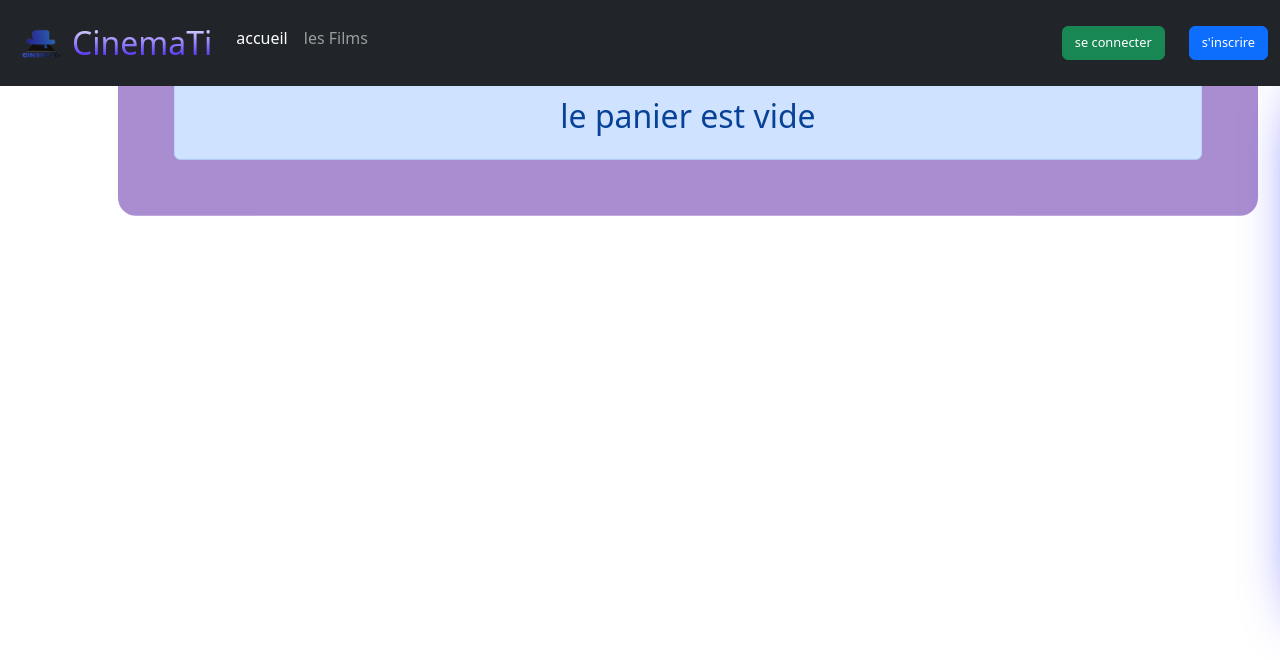
Repository: ahmed-rabah/cinemaMiniProject
Page: http://localhost/finaliserCommande.php
These files come from the project's save history. The page is drawn as it stood at one moment and after the next save; the edit follows.
The browser window is 1280 px wide. The pictures show the whole page.
The page is run by PHP 8.4 with error messages shown; the project is at /var/www/html/. Other server files are loaded and not shown.

Above is the page before, as saved 2023-01-12 21:07:20.
Console error: TypeError: Cannot read properties of null (reading 'addEventListener')

### finaliserCommande.php
<?php
 session_start();
 $isEmptyCart = empty($_SESSION['panier']);
?>
<!DOCTYPE html>
<html lang="en">
<head>
    <meta charset="UTF-8">
    <meta http-equiv="X-UA-Compatible" content="IE=edge">
    <meta name="viewport" content="width=device-width, initial-scale=1.0">
    <link rel="stylesheet" href="node_modules/bootstrap/dist/css/bootstrap.min.css">
    <link rel="stylesheet" href="./css/style.css">
    <link rel="stylesheet" href="https://unicons.iconscout.com/release/v4.0.0/css/line.css">
    <link rel="icon" href="./logoCinema.png">
    <title>CinemaTi</title>
</head>
<body>

        <?php include './header.php'; ?>

    <main class="container centered" id="container">
        <?php if(!$isEmptyCart){ ?>
        <section class="" id="cartContainer"></section>
        <div class="alert alert-primary m-2 text-center" role="alert">
            <h2>prix total <span class="badge bg-success" id="totalPrice">200</span> DH</h2>
        </div>
        <form action="./functions/finaliserCommande.php" method="post" class=" rounded bg-light mt-1 mx-2 py-2 px-5">
            <h3 class="pb-0 mb-0">finaliser la commande</h3>
            <div class="d-flex justify-content-around align-items-center mb-3 ">

                <div class="form-group">
                    <label for="cardNumber" class="form-label mt-4">numero de carte bancaire</label>
                    <input type="text" class="form-control" id="cardNumber" aria-describedby="numberMsg" placeholder="Enter numero de carte bancaire">
                </div>
                <div class="form-group">
                    <label for="cardType" class="form-label mt-4">Example select</label>
                    <select class="form-select" id="cardType">
                        <?php
                        $cardTypes = ['Visa','Mastercard','American Express','Discover','Diners Club','JCB','UnionPay','Maestro'];
                        foreach ($cardTypes as $cardType) {
                           echo '<option value="'.$cardType.'">'.$cardType.'</option>';
                        }
                        ?>
                    </select>
                </div>
                <div class="form-group pt-5"><button type="submit" class="btn btn-success text-white"><strong>acheter</strong></button></div>
            </div>
        </form>
    <?php }else{
        echo '<div class="alert alert-primary m-2 text-center" role="alert">
        <h2>le panier est vide</h2>
    </div>';
    } ?>
    </main>

    <div class="absoluteCart m-2 p-1"></div>

    <script src="node_modules/jquery/dist/jquery.slim.min.js"></script>
    <script src="node_modules/bootstrap/dist/js/bootstrap.bundle.min.js"></script>
    <script src="./javascript/panie.js"></script>
</body>
</html>

### header.php
<?php
    require_once './functions/database.php';

    function getAllgenres($pdo){
      $req = $pdo->query('SELECT * from genre');
      $rows = $req->fetchAll(PDO::FETCH_ASSOC);
      foreach ($rows as $row) {
        $genres[] = $row ;
      }

      return $genres;
    }
?>
<header  class=" sticky-top">

  <nav class="navbar navbar-expand-lg navbar-dark bg-dark">

    <div class="container-fluid">
      <a class="navbar-brand d-flex cine-name" href="./index.php">
        <img src="./logoCinema.png" width="60" height="60" class="d-inline-block align-top rounded-circle" alt="">
        <h2 class="mt-2 gradiant-bg">CinemaTi</h2>
      </a>
      <button class="navbar-toggler" type="button" data-bs-toggle="collapse" data-bs-target="#navbarColor01" aria-controls="navbarColor01" aria-expanded="false" aria-label="Toggle navigation">
        <span class="navbar-toggler-icon"></span>
      </button>
      <div class="collapse navbar-collapse justify-content-between" id="navbarColor01">
        <ul class="navbar-nav">
          <li class="nav-item">
            <a class="nav-link active" href="./index.php" id="accueil"><h6>accueil</h6>
            <span class="visually-hidden">(current)</span>
          </a>
        </li>
        <li class="nav-item">
          <a class="nav-link" href="./movies.php"  id="movies"><h6>les Films</h6></a>
        </li>
        <!--     <li class="nav-item">
          <a class="nav-link" href="./movies.php" ><h6>les salles de projection</h6></a>
        </li>
        <li class="nav-item">
          <a class="nav-link" href="./contact.php"><h6>Contact</h6></a>
        </li> -->
      </ul>
      <?php
      if(!isset($_SESSION['user_id'])){
        ?>

<ul class="nav navbar" id="non-connected">
  <li><a href="./signIn.php" class="btn btn-success me-2 font-size">se connecter</a></li>
  <li><a href="./signup.php" class="btn btn-primary ms-3 font-size">s'inscrire</a></li>
</ul>
<?php }
if(isset($_SESSION['user_id'])){ ?>
    <ul class="nav navbar" id="connected">
      <li><button class="btn btn-light me-2" id="panier"><span class="font-size"><i class="uil uil-shopping-cart-alt ">panier d'achat</i></span></button></li>
      <li><a href="./dashboard.php" class="btn btn-primary ms-3 "><span class="font-size"><i class="uil uil-user-circle"></i>votre compte</span></a></li>
      <li><a href="./logout.php" class="btn btn-danger ms-3 "><span class="font-size"><i class="uil uil-signout"></i>deconnexion</span></a></li>
    </ul>
    <?php } ?>
  </div>
</div>
</nav>
</header>

### functions/database.php
<?php
try {
    $database="moviedb";
    $user="root";
    $password="";
    $pdo = new PDO("mysql:host=localhost;dbname=$database",$user,$password);
    // echo "Success: Connected to the database.";
  } catch(PDOException $e) {
    die("Error: Could not connect to the database.");
  }

### functions/panier.php
<?php


if($_SERVER['REQUEST_METHOD'] == 'GET'){
    session_start();
    if(isset($_SESSION['user_id']) && !empty( $_SESSION['panier'])){
        $panier = $_SESSION['panier'];
        if(isset($_GET['total']) && $_GET['total']=="oui"){
            $totalPrice=0;
            foreach ($panier as  $value) {
               $totalPrice+=$value['prix'];
            }
            exit($totalPrice);
        }
        require_once './database.php';
        $productsInfos=[];
        foreach ($panier as $product) {
            $idprogramme = $product['idProgramme'];
            $req = "SELECT  p.idProgramme ,g.libelle,f.titre,p.date_projection,f.photo , p.heure_debut, p.ticketsDisponible, p.prix_unitaire FROM programme as p, film as f , genre as g WHERE p.idFilm= f.idFilm AND p.idProgramme =$idprogramme AND g.idGenre = f.idGenre";
            $requete = $pdo->query($req);
            $resultat = $requete->fetch(PDO::FETCH_ASSOC);
            array_push($product,$resultat);
            if(isset($_GET['item']) && $_GET['item'] ==$idprogramme ){
                exit(json_encode($product));
            }
            array_push($productsInfos,$product);
        }
        if(isset($_GET['item'])){
            exit(json_encode(false));
        }
        exit(json_encode($productsInfos));


        // require_once './database.php';
        // $idUser = $_GET['idUser'];
        // $req = "SELECT pro.id_produit ,pro.nombre_places , pro.prix , p.date_projection ,p.heure_debut , p.prix_unitaire , g.libelle , f.titre,f.photo FROM produit as pro, programme as p , film as f ,genre as g WHERE pro.id_user=$idUser AND p.idFilm=f.idFilm AND pro.id_programme=p.idProgramme AND g.idGenre =f.idGenre";
        // $query = $pdo->query($req);
        // $resultat = $query->fetchAll(PDO::FETCH_ASSOC);
    }else{
        exit(json_encode(false));
    }
}

### css/style.css

::-webkit-scrollbar{
    width : 1rem;
}
::-webkit-scrollbar-track{
    background-color: black;
}
::-webkit-scrollbar-thumb{
    background-color: #2d00f7a1;
    border-radius: 100vw;
}
::-webkit-scrollbar-thumb:hover{
    background-color:white;
}

html{
    scroll-behavior: smooth;
}


.centered{
    position: absolute;
    top: 10%;
    left: 50%;
    transform: translate(-50%, -50%);

}
/* .centered-2{
    position: absolute;
    margin-top: 20em;
    top: 50%;
    left: 50%;
    transform: translate(-50%, -50%);
} */
.logo-picture{
    width: 100px; height :100px;
}
/*
.cine-name{
    background-image : linear-gradient(to top,#89f90a 20% , #02fa54 100%) ;
    border-radius : 10px;
    padding-right: 4px;
} */
.font-size{
    font-size: 0.8em;
}
/* .account{
    font-size: 1.2em
} */
.gradiant-bg{
    background-color: #5577ff;
    background-image : linear-gradient(to top,#2d00f7 0% , #ffffff 100%) ;
    background-clip: text;
    -webkit-background-clip: text;
    -moz-background-clip: text;
    -webkit-text-fill-color: transparent;
    -moz-text-fill-color: transparent;
    background-size: 100%;
    display : flex  ;
    align-items: center ;
    cursor : pointer ;
    text-decoration: none;
}

.grid{
    display: grid;
    grid-template-columns:auto auto auto ;
}

.absolute-alert{
    background-color: rgba(255,255,255,0.5);
    width: 100vw;
    height: 100vh;
    position: fixed ;
    top: 0;
    left: 0;
    z-index: 100 ;
    text-align :center;
    display :grid ;
    place-items: center ;

}
.absoluteCart{
    position: fixed;
    top: 6em;
    right: 0;
    width: 400px;
    height: 70%;
    background: #3d5f89;
    border-radius: 12px;
    box-shadow: 0 0 4em blue;
    display: grid;
    grid-template-columns: auto;
    justify-content: center;
    transition: all 0.3s linear ;
    transform: translate(110%);
    overflow-y: auto;
    }
    .show-cart {
    transform: translate(0);
    }
    .finaliserBtn{
        position: sticky;
        top: 0;
        z-index: 100;
        margin-bottom: 1em;
        height: 50px;
    }
    .inner-grid{
        display: grid ;
    grid-template-columns:30% 70% ;
    border-bottom:  1px solid black ;
    margin: 0.4em 0;
    }
    .grid{
        display: grid ;
    grid-template-columns:30% 70% ;
    }
    @media screen and (max-width:1048px) {
        .grid{
        display: grid ;
    grid-template-columns:20% 80% ;
    }
}

#cartContainer{
    display : grid;
    grid-template-columns: 1fr 1fr;
    gap: 1em;
}
.container{
    margin: 3em;
    padding: 3em;
    background-color : #46089875 ;
    border-radius: 18px;

}
@media screen and (max-width:700px) {
    #cartContainer{
    grid-template-columns:auto ;
    }

}

### javascript/panie.js
let panierBtn = document.getElementById('panier');
let deleteProductBtn = document.getElementById('deleteproduct');
let updateProductBtn = document.getElementById('updateproduct');
let addProductBtn =  document.getElementById('addProduct');
let cartContainer = document.getElementById('cartContainer');

// window.addEventListener('DOMContentLoaded',()=>{
//     getUserPanier("container").then(data=>{
//             cartContainer.innerHTML = data;
//         })
// })
window.addEventListener('load',()=>{
    setTotalPrice()
})
function addProduct(id){
    addProduit(id).then(response=>{
        let added = response.added;
        let reponse = response.response;
        let connected = response.connected;
       let msg="";
        if(!connected) {
            reponse+='<strong><a href="./signin.php">Se connecter</a></strong>';
        }
        if(!added){
            msg=`<div class="alert alert-warning alert-dismissible fade show" role="alert" id="myAlert">
            ${reponse}
            <button type="button" class="btn-close" data-bs-dismiss="alert" aria-label="Close"></button>
          </div>`;
        }else{
            msg=`<div class="alert alert-success alert-dismissible fade show" role="alert" id="myAlert">
            ${reponse}
            <button type="button" class="btn-close" data-bs-dismiss="alert" aria-label="Close"></button>
          </div>`;
        }
        let body = document.querySelector('body');
        body.insertAdjacentHTML('beforeend',`<div class="absolute-alert">${msg}</div>`);
        let theAlert = document.querySelector('.absolute-alert');
        theAlert.addEventListener('click',function(e){
            if(e.target.classList.contains('absolute-alert')){
            theAlert.outerHTML="";
        }})
        let myAlert = document.getElementById('myAlert')
            myAlert.addEventListener('close.bs.alert', () => {
                theAlert.outerHTML="";
            })

        // setTimeout(() => {theAlert.outerHTML="";},10000);
    })

    // console.log(id);
}
panierBtn.addEventListener('click', () => {
    userCart()
    let cart = document.querySelector('.absoluteCart');
    cart.classList.toggle('show-cart');
})

async function deleteproductFromCart(product){
    let request = await fetch("./functions/deleteUserProduct.php?idProgramme="+product);
    let response = await request.json();
    let deleted = response.deleted;
    let reponse = response.response;
    let connected = response.connected;
    let msg="";
    let cartItem = document.getElementById('cart'+product);
    if(!connected) {
        reponse+='<strong><a href="./signin.php">Se connecter</a></strong>';
    }
    if(!deleted){
        msg=`<div class="alert alert-warning alert-dismissible fade show" role="alert" id="myAlert">
        ${reponse}
        <button type="button" class="btn-close" data-bs-dismiss="alert" aria-label="Close"></button>
      </div>`;
      cartItem.insertAdjacentHTML('beforebegin',msg);
    }else{
        msg=`<div class="alert alert-success alert-dismissible fade show" role="alert" id="myAlert">
        ${reponse}
        <button type="button" class="btn-close" data-bs-dismiss="alert" aria-label="Close"></button>
      </div>`;
      cartItem.outerHTML=msg;
      setTotalPrice()
    }
    // let cart = document.querySelector('.absoluteCart');

}
async function updateproductCart(product,status){
    let request = await fetch("./functions/updateUserProduct.php?idProgramme="+product+"&status="+status);
    let response = await request.json();
    let updated = response.updated;
    let reponse = response.response;
    let connected = response.connected;
    let msg="";
    let cartItem = document.getElementById('cart'+product);
    if(!connected) {
        reponse+='<strong><a href="./signin.php">Se connecter</a></strong>';
    }
    if(connected && updated === false){
        msg=`<div class="alert alert-danger alert-dismissible fade show" role="alert" id="myAlert">
        ${reponse}
        <button type="button" class="btn-close" data-bs-dismiss="alert" aria-label="Close"></button>
      </div>`;
    }else{
        msg=`<div class="alert alert-success alert-dismissible fade show" role="alert" id="myAlert">
        ${reponse}
        <button type="button" class="btn-close" data-bs-dismiss="alert" aria-label="Close"></button>
        </div>`;
        getCartItem(product).then(result => {
            cartItem.insertAdjacentHTML('beforebegin',msg);
            cartItem.outerHTML = result ;

        })
        setTotalPrice();
    }
    // let body = document.querySelector('body');
    // body.insertAdjacentHTML('beforeend',`<div class="absolute-alert">${msg}</div>`);
    // let theAlert = document.querySelector('.absolute-alert');
    // theAlert.addEventListener('click',function(e){
    //     if(e.target.classList.contains('absolute-alert')){
    //     theAlert.outerHTML="";
    // }})
    // let myAlert = document.getElementById('myAlert')
    //     myAlert.addEventListener('close.bs.alert', () => {
    //         theAlert.outerHTML="";
    //     })

    // setTimeout(() => {theAlert.outerHTML="";},10000);

}

function userCart(){
    getUserPanier().then(data=>{
        console.log(data);
        let cartDiv = document.querySelector('.absoluteCart');
        cartDiv.innerHTML=data;
        let Final = document.createElement('a');
        Final.setAttribute('href',"./finaliserCommande.php");
        Final.className="btn btn-primary w-100  finaliserBtn";
        Final.innerHTML="finaliser la commande";
        cartDiv.prepend(Final);
    })

}

async function getCartItem(item){
    let request = await fetch('./functions/panier.php?item='+item);
    let response = await request.json();
    let msg="";
    if(response === false){
        msg =`<div class="alert alert-primary h-25" role="alert">
        le panier est vide
        </div>`;
    }else{
        msg=cartItemInfos(response);
         }

    return msg;
}
async function getTotalPrice(){
    let request = await fetch('./functions/panier.php?total=oui');
    let response =request.text();
    return response;
}
function setTotalPrice(){

getTotalPrice().then((totalPrice)=>{
    // console.log(totalPrice);
    let totalPriceField = document.getElementById('totalPrice');
    totalPriceField.innerHTML = totalPrice;
})

}
async function getUserPanier(){
    let request = await fetch('./functions/panier.php');
    let response = await request.json();
    let msg="";
    if(response === false){
        msg =`<div class="alert alert-primary h-25" role="alert">
        le panier est vide
            </div>`;
    }else{
        response.forEach(produit => {
            msg+=cartItemInfos(produit);
        });
    }

    return msg;
}

async function addProduit(programme){
    let request = await fetch('./functions/addproduct.php?idProgramme='+programme);
    let response = await request.json();
    return response;
}

function cartItemInfos(produit){
        return `<div class="card border-primary  mb-2 w-100"  id="cart${produit.idProgramme}">
        <div class="card-header"><h4>${produit[0].titre}</h4></div>
        <div class="card-body  text-dark">
        <div class="d-flex justify-content-center">
        <img src="${produit[0].photo}" width="60px" height="66px">
        <div class="ms-1">
        <p class="card-title  m-0 fw-normal">le <strong>${produit[0].date_projection}</strong> à <strong>${produit[0].heure_debut}</strong></p>
        <p class="card-text m-0 fw-normal">prix_unitaire :<strong> ${produit[0].prix_unitaire} DH</strong></p>
        <p class="card-text m-0 fw-normal">tickets disponible :<strong> ${produit[0].ticketsDisponible}</strong> ticket(s)</p>
        </div>
        </div>
        </div>
        <div class="card-footer d-flex justify-content-between align-items-center p-1">
        <div class="d-flex justify-content-center align-items-center">
        <h6 class="btn minus" onclick="updateproductCart(${produit.idProgramme},'minus')"><i class="uil uil-minus-circle fs-5 text-danger"></i></h6>
        <h6> ${produit.nbrPlace} </h6>
        <h6 class="btn plus" onclick="updateproductCart(${produit.idProgramme},'plus')"><i class="uil uil-plus-circle fs-5 text-success"></i></h6>
        </div>
        <h6>Total : ${produit.prix} DH</h6>
        <button class="btn btn-danger"  onclick="deleteproductFromCart(${produit.idProgramme})"><i class="uil uil-trash-alt"></i></button>
        </div>
        </div>`;
    }


    // window.addEventListener('load',()=>{
    //     let addBtns = document.querySelectorAll('.addToCart');
// console.log("begin");
// addBtns.forEach(addBtn=>{
// let programmeID  = addBtn.dataSet.programmeID;
// console.log("ok");
// console.log(programmeID);

// });
// console.log("ends");


/*
panierBtn.addEventListener('click',()=>{

    getUserPanier(1).then(panier=>{
        panier.forEach(produit => {
            console.log(produit);
        });
    })

});

// addProductBtn.addEventListener('click',()=>{
//     addProduct(programme).then(response=>{
    //         console.log(response);
    //     })
    // });

    deleteProductBtn.addEventListener('click',()=>{
        deleteproductFromCart(programme).then(response=>{
            console.log(response);
        })
});

updateProductBtn.addEventListener('click',()=>{
    let product =  document.getElementById('product').value;
    updateproductCart(product,nbr).then(response=>{
        console.log(response);
    })
});

*/
// })

After the next save:
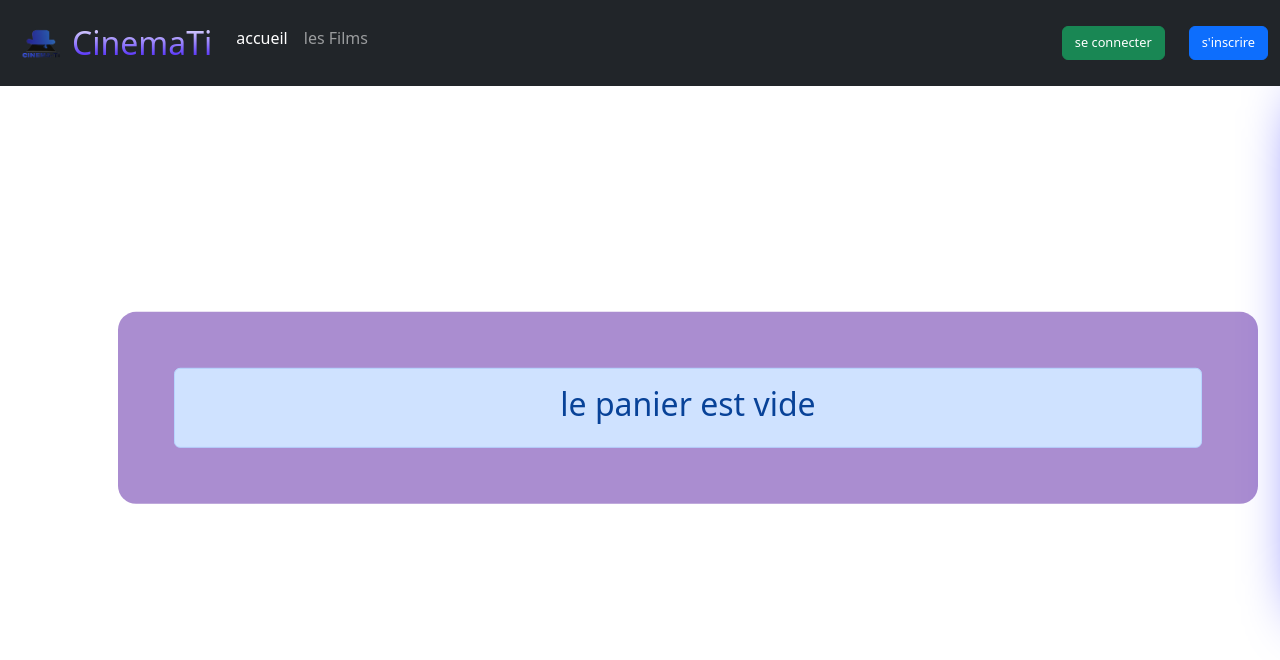
Saved 6 s later.
--- a/css/style.css
+++ b/css/style.css
@@ -20,7 +20,7 @@ html{
 
 .centered{
     position: absolute;
-    top: 10%;
+    top: 50%;
     left: 50%;
     transform: translate(-50%, -50%);
 
